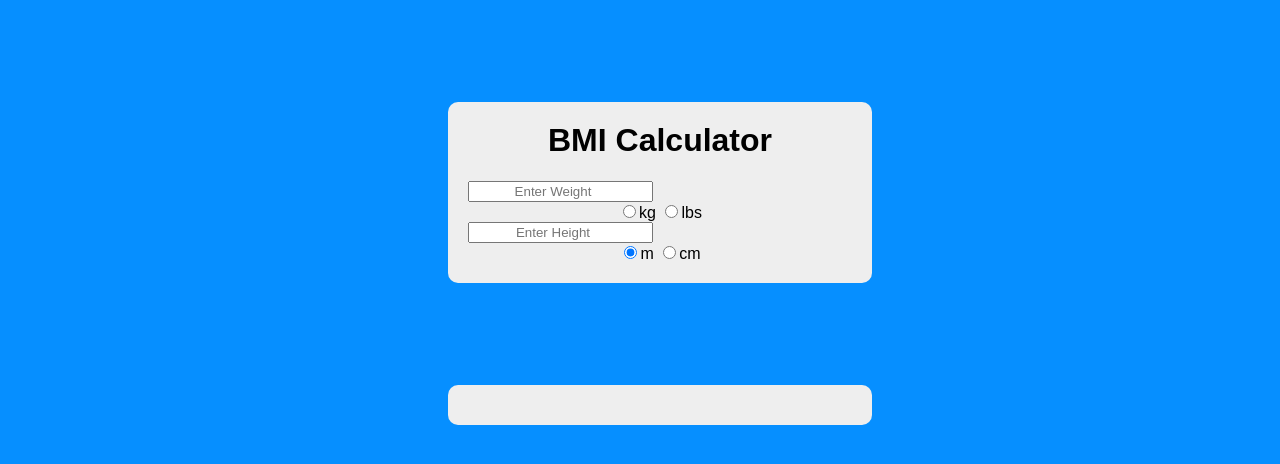
Repository: shayanabedi98/bmi-calculator
Page: index.html
The author's editor kept a copy of each file at every save. The page is drawn from the files as they stood at one save, then again after the next save.
The browser window is 1280 px wide. The pictures show the whole page.

Above is the page before, as saved 2023-07-24 13:47:09.

### index.html
<!DOCTYPE html>
<html lang="en">
<head>
    <meta charset="UTF-8">
    <meta name="viewport" content="width=device-width, initial-scale=1.0">
    <title>BMI Calculator</title>
    <link rel="stylesheet" href="styles.css">
</head>
<body>
    <div class="card">
        <div class="bmi-calculator">
            <h1>BMI Calculator</h1>
            <div class="weight">
                <input type="number" placeholder="Enter Weight">
                <input type="radio" name="weight" checked><span>kg</span>
                <input type="radio" name="weight"><span>lbs</span>
            </div>
            <div class="height">
                <input type="number" placeholder="Enter Height">
                <input type="radio" name="weight" checked><span>m</span>
                <input type="radio" name="weight"><span>cm</span>
            </div>
        </div>
    </div>
    <div class="card">
        <div class="bmi-chart">

        </div>
    </div>
</body>
</html>

### styles.css
body {
    background-color: #068FFF;
    font-family: sans-serif;
    text-align: center;
    padding: 0;
    margin: 0;
}

.card {
    background-color: #EEEEEE;
    padding: 20px;
    width: 30%;
    margin-left: 35%;
    border-radius: 10px;
    margin-top: 8%;
}

.weight {
    display: block;
}

input[type='number'] {
    display: block;
    text-align: center;
}

h1 {
    margin-top: 0;
}

After the next save:
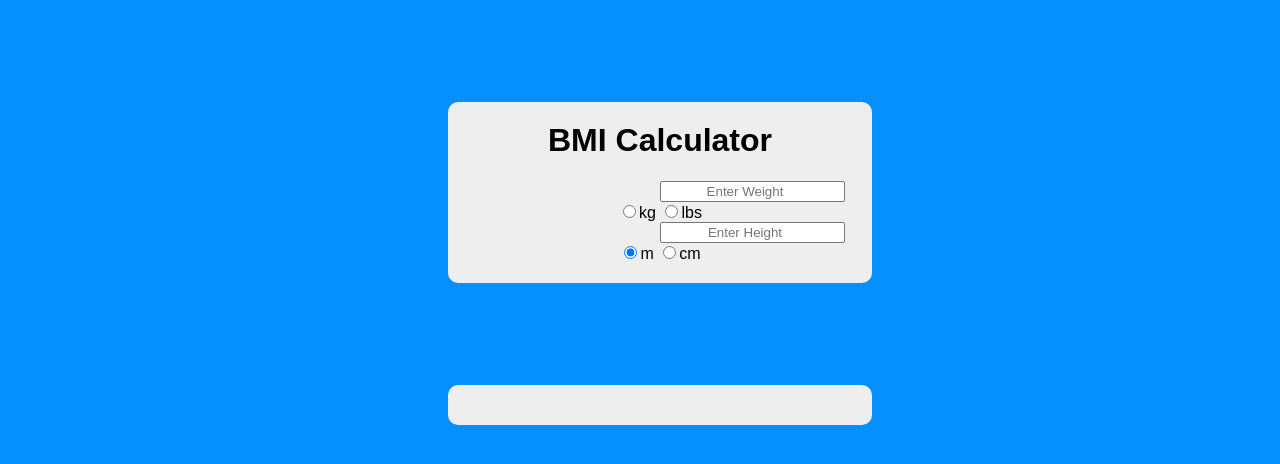
Saved 23 s later.
--- a/styles.css
+++ b/styles.css
@@ -22,6 +22,7 @@
 input[type='number'] {
     display: block;
     text-align: center;
+    margin-left: 50%;
 }
 
 h1 {

After the save that followed:
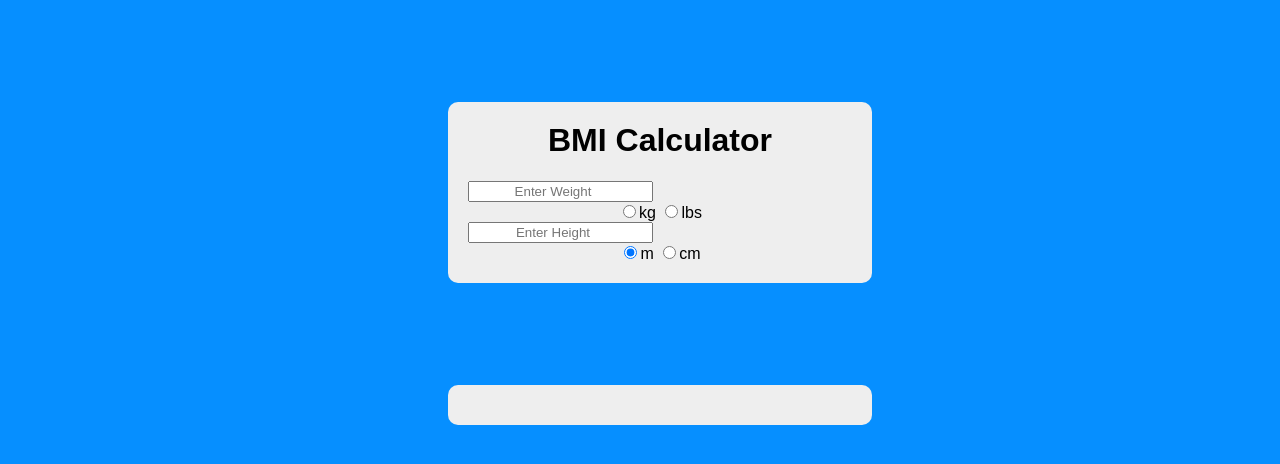
Saved 6 s later.
--- a/styles.css
+++ b/styles.css
@@ -22,7 +22,6 @@
 input[type='number'] {
     display: block;
     text-align: center;
-    margin-left: 50%;
 }
 
 h1 {
